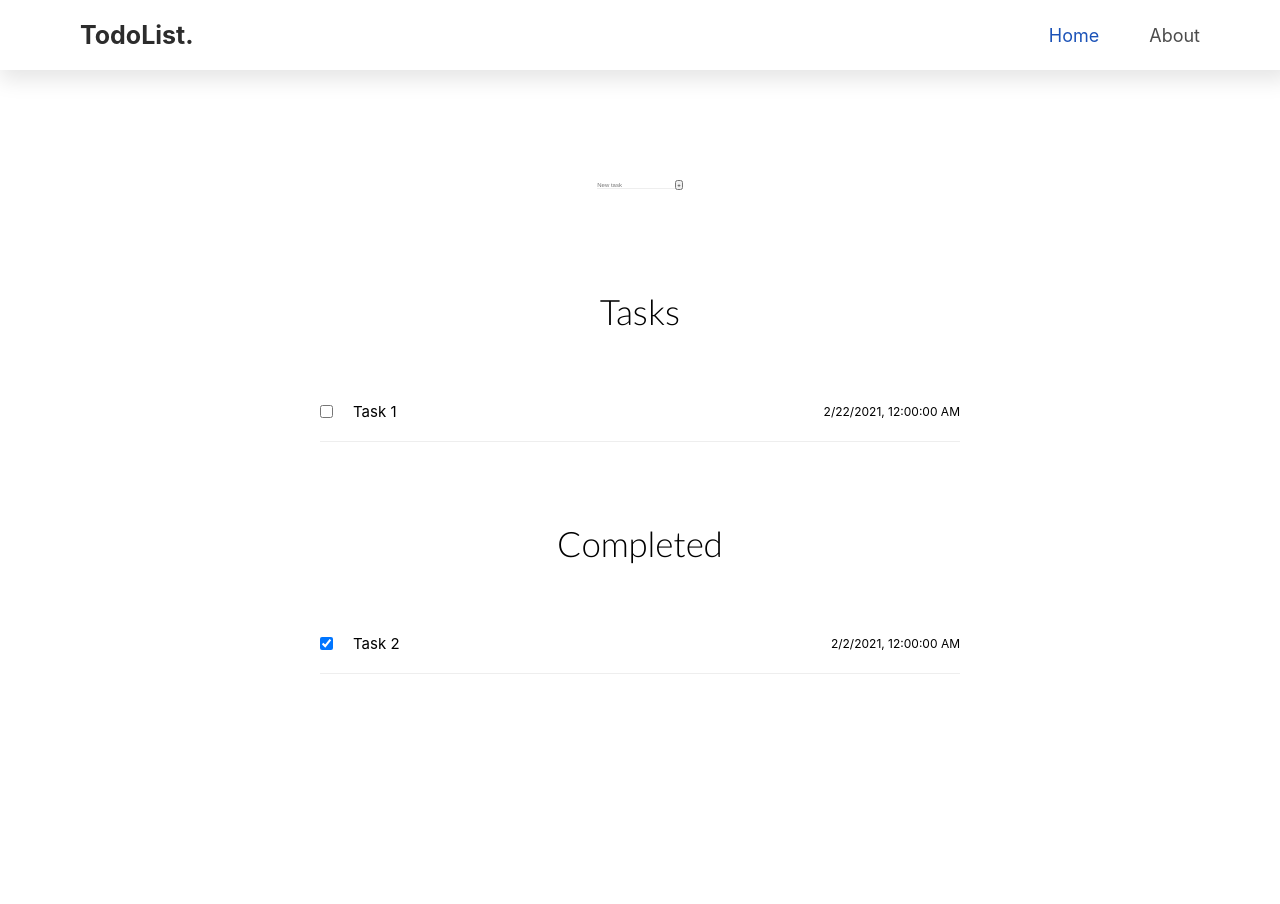
Repository: dqhuy153/react-todoList
Page: /
The author's editor kept a copy of each file at every save. The page is drawn from the files as they stood at one save, then again after a run of saves.
The browser window is 1280 px wide. The pictures show the whole page.
The project was rebuilt for these pictures with package versions that can differ from the ones it lists, and the page was loaded fresh each time. Also part of the build but not shown: src/components/UI/LoadingSpinner.module.scss.

Above is the page before, as saved 2021-09-16 21:58:13.

### src/App.js
import React, { Suspense } from 'react';
import { Switch, Route } from 'react-router-dom';

import './App.css';
import Layout from './components/layout/Layout';
import LoadingSpinner from './components/UI/LoadingSpinner';

const Home = React.lazy(() => import('./components/pages/Home'));
const About = React.lazy(() => import('./components/pages/About'));

function App() {
  return (
    <Layout>
      <Suspense
        fallback={
          <div className="centered">
            <LoadingSpinner />
          </div>
        }
      >
        <Switch>
          <Route path="/" exact>
            <Home />
          </Route>
          <Route path="/about">
            <About />
          </Route>
          {/* <Route path="/products" exact>
          <Products />
        </Route>
        <Route path="/products/:productId">
          <ProductDetail />
        </Route> */}
        </Switch>
      </Suspense>
    </Layout>
  );
}

export default App;

### src/App.css
@import url('https://fonts.googleapis.com/css2?family=Lato:ital,wght@0,100;0,300;0,400;0,700;0,900;1,100;1,300;1,400;1,700;1,900&display=swap');

* {
  box-sizing: border-box;
  font-size: 62.5%;
  padding: 0;
  margin: 0;
}

.centered {
  margin: 3rem auto;
  text-align: center;
  display: flex;
  justify-content: center;
  align-items: center;
}

### src/components/layout/Layout.js
import React, { Fragment } from 'react';
import AppNavigation from './AppNavigation';

import styles from './Layout.module.scss';

export default function Layout(props) {
  return (
    <Fragment>
      <AppNavigation logoTitle="TodoList." />
      <main className={styles.main}>{props.children}</main>
    </Fragment>
  );
}

### src/components/UI/LoadingSpinner.js
import styles from './LoadingSpinner.module.scss';

const LoadingSpinner = () => {
  return <div className={styles.spinner}></div>;
};

export default LoadingSpinner;

### src/components/pages/Home.js
import { useState } from 'react';
import TodoList from '../todos/TodoList';

import styles from './Home.module.scss';

const initTodoList = [
  {
    id: 1,
    title: 'Task 1',
    date: new Date('2/22/2021'),
    completed: false,
  },
  {
    id: 2,
    title: 'Task 2',
    date: new Date('2/2/2021'),
    completed: true,
  },
];

export default function Home(props) {
  const [todoList, setTodoList] = useState(initTodoList);

  const handleStatusChange = (id) => {
    let updatedTodoList = todoList.map((todo) => {
      if (todo.id === id) {
        todo.completed = !todo.completed;
      }
      return todo;
    });

    setTodoList(updatedTodoList);
  };

  return (
    <div className={styles.container}>
      <div className={styles.add}>
        <input placeholder="New task" />
        <button>+</button>
      </div>
      <h1>Tasks</h1>
      <TodoList
        items={todoList.filter((i) => i.completed === false)}
        onStatusChange={handleStatusChange}
      />
      <h1 className={styles['completed-title']}>Completed</h1>
      <TodoList
        items={todoList.filter((i) => i.completed === true)}
        onStatusChange={handleStatusChange}
      />
    </div>
  );
}

### src/components/layout/AppNavigation.js
import React from 'react';
import { NavLink } from 'react-router-dom';

import styles from './AppNavigation.module.scss';

export default function AppNavigation({ logoTitle = 'Demo.', ...props }) {
  return (
    <header className={styles.header}>
      <div className={styles.logo}>{logoTitle}</div>
      <nav>
        <ul>
          <li>
            <NavLink to="/" exact activeClassName={styles.active}>
              Home
            </NavLink>
          </li>
          <li>
            <NavLink to="/about" activeClassName={styles.active}>
              About
            </NavLink>
          </li>
        </ul>
      </nav>
    </header>
  );
}

### src/components/todos/TodoList.js
import React from 'react';
import TodoItem from './TodoItem';

import styles from './TodoList.module.scss';

export default function TodoList({ items, onStatusChange, ...props }) {
  return (
    <ul className={styles.container}>
      {items.map((item) => (
        <li key={item.id}>
          <TodoItem
            id={item.id}
            title={item.title}
            date={item.date}
            completed={item.completed}
            onStatusChange={onStatusChange}
          />
        </li>
      ))}
    </ul>
  );
}

### src/components/pages/Home.module.scss
.container {
  padding: 18rem 0;

  h1 {
    text-align: center;
    font-family: 'Lato', sans-serif;
    font-weight: 300;
    font-size: 3.5rem;
  }

  .completed-title {
    margin-top: 8rem;
  }

  .add {
    text-align: center;
    margin-bottom: 10rem;

    input {
      border: none;
      border-bottom: 1px solid #eee;
    }
  }
}

### src/components/layout/AppNavigation.module.scss
.header {
  width: 100%;
  height: 7rem;
  display: flex;
  align-items: center;
  justify-content: space-between;
  background-color: #ffffff;
  padding: 0 8rem;
  box-shadow: 5px 5px 20px 5px rgba(0, 0, 0, 0.1);
  position: fixed;
}

.logo {
  font-size: 2.5rem;
  color: rgb(44, 44, 44);
  font-weight: bold;
}

.header ul {
  list-style: none;
  margin: 0;
  padding: 0;
  display: flex;
  align-items: baseline;
}

.header li {
  margin-left: 5rem;
}

.header a {
  text-decoration: none;
  font-size: 1.8rem;
  color: #4b4b4b;
}

.header a:hover,
.header a:active,
.header a.active {
  color: rgb(28, 83, 184);
}

### src/components/todos/TodoItem.js
import styles from './TodoItem.module.scss';

export default function TodoItem({
  id,
  title,
  date,
  completed,
  onStatusChange,
  ...props
}) {
  return (
    <div className={styles.container}>
      <div className={styles.task}>
        <input
          type="checkbox"
          checked={completed}
          onChange={() => onStatusChange(id)}
        />
        <p>{title}</p>
      </div>
      <p className={styles.date}>{date.toLocaleString()}</p>
    </div>
  );
}

### src/components/todos/TodoList.module.scss
.container {
  text-align: center;
  width: 50%;
  margin: 5rem auto;
  list-style: none;
}

### src/components/todos/TodoItem.module.scss
.container {
  display: flex;
  align-items: center;
  justify-content: space-between;
  padding: 2rem 0;
  border-bottom: 1px solid #eee;
}

.task {
  display: flex;
  align-items: center;

  p {
    padding-left: 2rem;
    font-size: 1.5rem;
  }
}

.date {
  font-size: 1.2rem;
}

Loaded but not shown: public/index.html (common file); src/index.js (common file); src/index.css (common file); src/reportWebVitals.js (common file); src/components/layout/Layout.module.scss (no stored copy; drawn as an empty file)

After the next 2 saves:
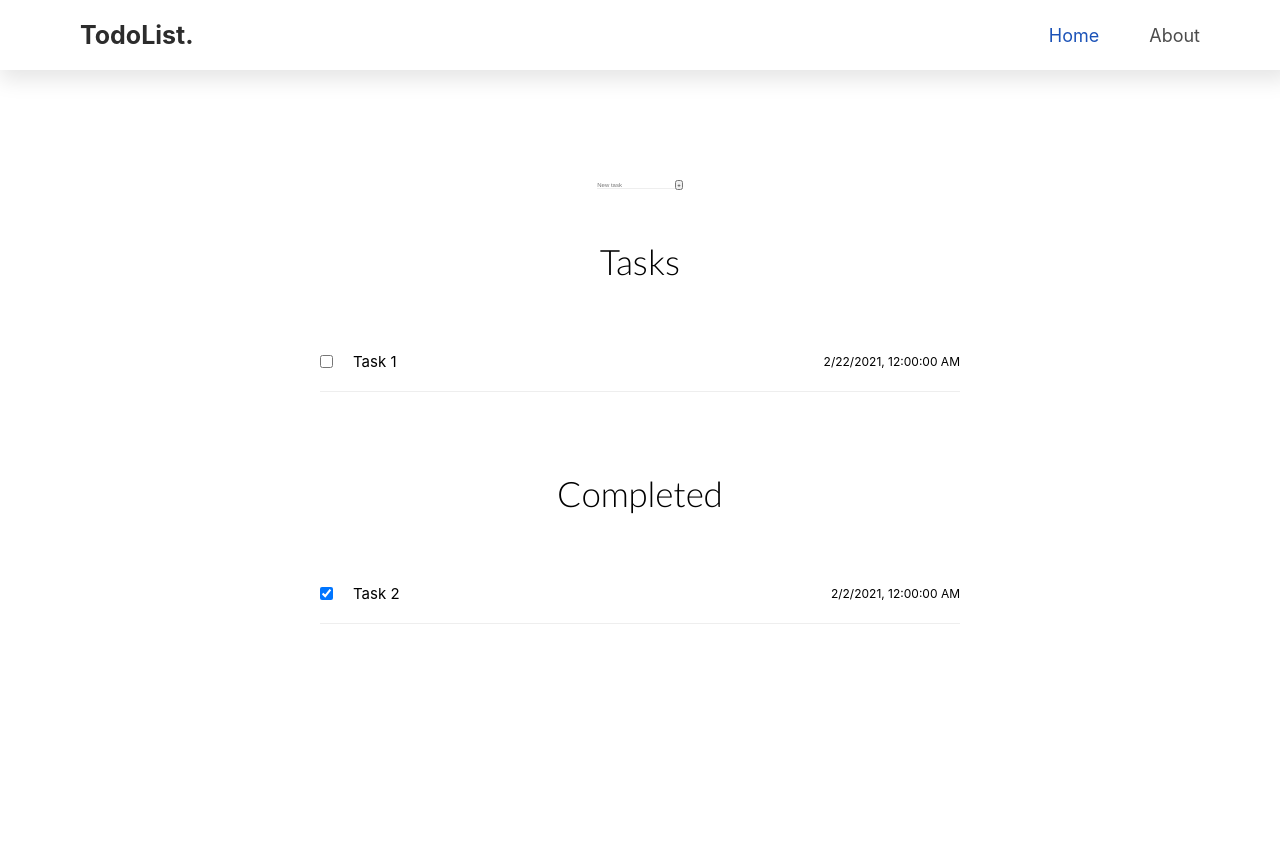
The 2 saves are shown as one change because they came seconds apart.
The last was saved 7 s later.
--- a/src/components/pages/Home.module.scss
+++ b/src/components/pages/Home.module.scss
@@ -14,7 +14,7 @@
 
   .add {
     text-align: center;
-    margin-bottom: 10rem;
+    margin-bottom: 5rem;
 
     input {
       border: none;
